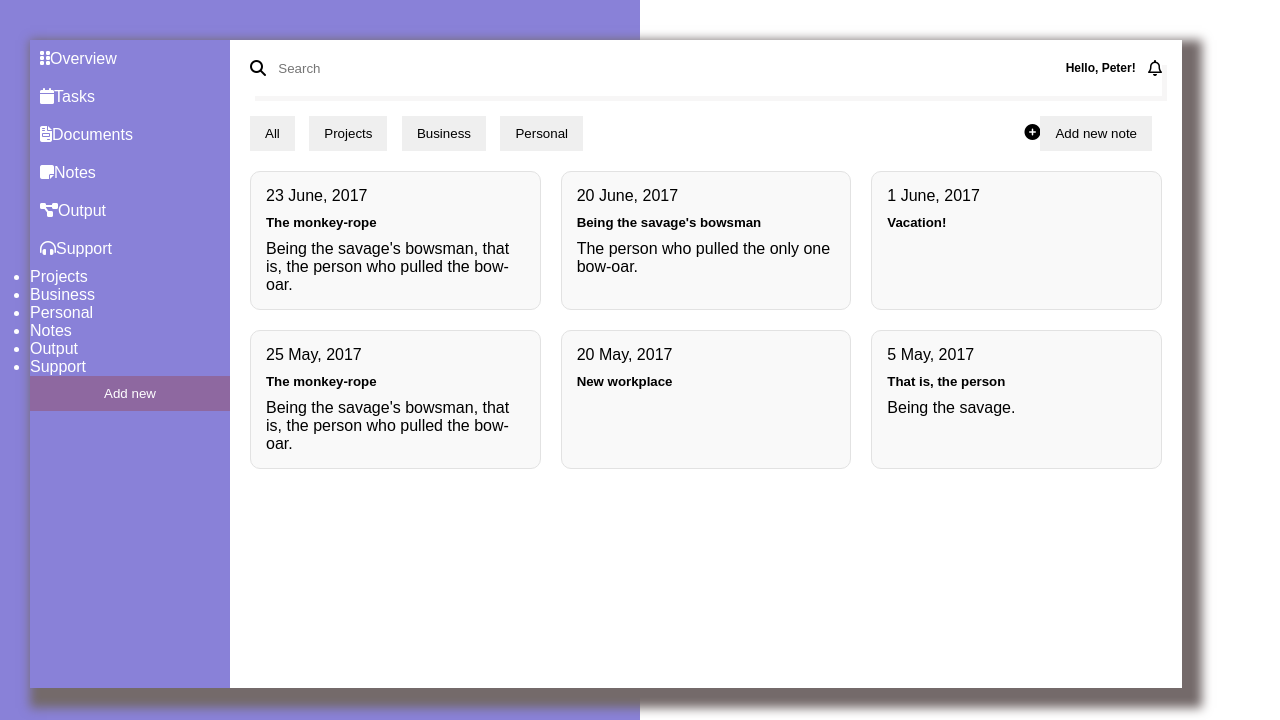
Repository: SatenikGabrielyan/HTML_CSS-_Assignment
Page: index.html
The author's editor kept a copy of each file at every save. The page is drawn from the files as they stood at one save, then again after the next save.
The browser window is 1280 px wide. The pictures show the whole page.
Some web libraries are served in a nearby version.

Above is the page before, as saved 2025-03-18 00:00:40.

### index.html
<!DOCTYPE html>
<html lang="en">
  <head>
    <meta charset="UTF-8" />
    <meta name="viewport" content="width=device-width, initial-scale=1.0" />
    <title>Notes App</title>
    <link rel="stylesheet" href="./style.css" />
    <script src="https://kit.fontawesome.com/858d305f19.js" crossorigin="anonymous"></script>
</head>
  <body>
      <div class="cont">
          <div class="purp"></div>
          <div class="whit"></div>
      </div>
    <div class="container">
      <aside class="sidebar">
        <!-- <header class="circle">
            <i class="fa-regular fa-circle"></i>
        </header> -->
        <nav>
            <ul class="first">
                <li><i class="fa-solid fa-grip-vertical"></i>Overview</li>
                <li> <i class="fa-solid fa-calendar"></i>Tasks</li>
                <li><i class="fa-solid fa-file-invoice"></i>Documents</li>
                <li><i class="fa-solid fa-note-sticky"></i>Notes</li>
                <li><i class="fa-solid fa-diagram-project"></i>Output</li>
                <li><i class="fa-solid fa-headphones-simple"></i>Support</li>
            </ul>
            <ul class="second">
                <li>Projects</li>
                <li>Business</li>
                <li>Personal</li>
                <li>Notes</li>
                <li>Output</li>
                <li>Support</li>
            </ul>
        </nav>
        <button class="add-new">Add new</button>
    </aside>

    <main class="main-content">
       <div class="header">
            <i class="fas fa-search"></i>  <input type="text" placeholder="Search">
            <h3>Hello, Peter!</h3> <i class="fa-regular fa-bell"></i>
    </div>
    <div class="proj">
        <div class="but">
        <div class="tabs">
            <button>All</button>
            <button>Projects</button>
            <button>Business</button>
            <button>Personal</button>
        </div>
        <div >
            <i class="fa-solid fa-circle-plus"></i><button class="add tabs">Add new note</button>
        </div>
    </div>
        <div class="notes-grid">
            <div class="note-card">
                <h4>23 June, 2017</h4>
                <h5>The monkey-rope</h5>
                <p>Being the savage's bowsman, that is, the person who pulled the bow-oar.</p>
            </div>
            <div class="note-card">
                <h4>20 June, 2017</h4>
                <h5>Being the savage's bowsman</h5>
                <p>The person who pulled the only one bow-oar.</p>
            </div>
            <div class="note-card">
                <h4>1 June, 2017</h4>
                <h5>Vacation!</h5>
            </div>
            <div class="note-card">
                <h4>25 May, 2017</h4>
                <h5>The monkey-rope</h5>
                <p>Being the savage's bowsman, that is, the person who pulled the bow-oar.</p>
            </div>
            <div class="note-card">
                <h4>20 May, 2017</h4>
                <h5>New workplace</h5>
            </div>
            <div class="note-card">
                <h4>5 May, 2017</h4>
                <h5>That is, the person</h5>
                <p>Being the savage.</p>
            </div>
        </div>
    </div>
    </main>

    </div>

  </body>
</html>

### style.css
/* CSS Variables for Colors */
:root {
    --bg-color: #fbfbfb;
    --primary-color: #8981d8;
    --secondary-color: #d0d0d0;
    --text-color: #858499;
    --highlight-color: #7f77cc;
    --hover-color: rgba(137, 129, 216, 0.5);
  }


  * {
    margin: 0;
    padding: 0;
    box-sizing: border-box;
  }

  body {
    font-family: Arial, sans-serif;
    /* background-color: var(--bg-color); */
    display: flex;
    height: 100vh;
  }
  .wrapper{
    position: relative;
  }

  .cont{
      display: flex;
      width: 100%;
      position: relative;
      z-index: -1;
      border-radius: 10px;
  }
.purp {
    width: 50%;
    background-color: var(--primary-color);
    flex-direction: row;
}
.whit {
    width: 50%;
    /* background-color: lightgray; */
    flex-direction: row;
}
  .container {
    display: flex;
    width: 90%;
    height: 90%;

    box-shadow: 10px 10px 10px 10px rgb(116, 106, 106);
    margin-left: 30px;
    margin-right: 30px;
    margin-top: 40px;
    margin-bottom: 80px;
    background: center;
    position: absolute;
    z-index: 2;
  }

   .sidebar {
    width: 200px;
    background-color: var(--primary-color);
    color: #fff;
    display: flex;
    flex-direction: column;
    /* padding: 20px; */
  }

  /* .main-content li {
    float: left;
  }

  .main-content li a {
    display: block;
    color: white;
    text-align: center;
    padding: 14px 16px;
    text-decoration: none;
  }

  .main-content li a:hover:not(.active) {
    background-color: #111;
  } */
  .first {
    list-style-type: none;
}
.first li {
    padding: 10px;
}
  .sidebar-header h2 {
    margin-bottom: 20px;
  }

  .sidebar-list {
    list-style: none;
  }

  .sidebar-list li {
    margin: 15px 0;
    display: flex;
    align-items: center;
    cursor: pointer;
  }

  .sidebar-list li i {
    margin-right: 10px;
  }

  .main-content {
    background-color: white;
    /* width: 200px; */
    flex-grow: 1;
    flex: 1;
    /* padding-top: 20px; */
     padding: 20px;
    /* overflow-y: auto;  */
  }

   /* header {
    display: flex;
    justify-content: space-between;
    align-items: center;
    margin-bottom: 20px;
  } */

  /*
  .header-left p {
    font-size: 1.2em;
    color: var(--text-color);
  }

  .header-right {
    display: flex;
    align-items: center;
  }

  .header-right i {
    margin-right: 20px;
    cursor: pointer;
  }

  .add-note-btn {
    background-color: var(--primary-color);
    color: #fff;
    border: none;
    padding: 10px 20px;
    cursor: pointer;
    display: flex;
    align-items: center;
  }

  .add-note-btn i {
    margin-right: 10px;
  }


  .notes-grid {
    display: grid;
    grid-template-columns: repeat(auto-fill, minmax(300px, 1fr));
    gap: 20px;
  }

  .note-item {
    background-color: #fff;
    border-radius: 8px;
    box-shadow: 0 2px 4px rgba(0, 0, 0, 0.1);
    overflow: hidden;
    display: flex;
    flex-direction: column;
    padding: 20px;
  }

  .note-item img {
    width: 100%;
    height: auto;
    border-radius: 8px;
    margin-bottom: 15px;
  }

  .note-item p {
    color: var(--text-color);
    font-size: 1em;
    line-height: 1.5;
  }


  .sidebar-list li:hover {
    background-color: var(--highlight-color);
    transition: background-color 0.3s ease;
  }


  @media (max-width: 768px) {
    .container {
      flex-direction: column;
    }

    .sidebar {
      width: 100%;
      flex-direction: row;
      justify-content: space-around;
      padding: 10px;
    }

    .sidebar-list {
      display: flex;
      flex-direction: row;
      gap: 15px;
    }

    .sidebar-list li {
      margin: 0;
    }

    .main-content {
      padding: 10px;
    }

    header {
      flex-direction: column;
      align-items: flex-start;
    }

    .header-right {
      margin-top: 10px;
    }

    .notes-grid {
      grid-template-columns: 1fr;
    }

    .note-item {
      padding: 10px;
    }

    .note-item img {
      margin-bottom: 10px;
    }
  } */
  /* .sidebar {
    background-color: #5e4b9a;
    color: white;
    width: 300px;
    padding: 20px;
} */

/* .sidebar header {
    font-size: 24px;
}

.sidebar nav ul {
    list-style: none;
    padding: 0;
}

.sidebar nav ul li {
    margin: 15px 0;
} */

.add-new {
    background-color: #8e68a0;
    color: white;
    border: none;
    padding: 10px;
    cursor: pointer;
}

.header {
    display: flex;
    width: 100%;
    justify-content: space-between;
    align-items: center;
    background-color: white;
    box-shadow: 5px  5px rgb(247, 246, 246);
    padding-bottom: 20px;
}

.header input {
    border: none;
    margin: 0;
    width: 85%;
}

.header h3 {
    margin: 0;
    font-size: 12px;
}

.tabs {
    margin: 20px 0;
}

.tabs button {
    margin-right: 10px;
    padding: 10px 15px;
    border: none;
    /* background-color: #e2e2e2; */
    cursor: pointer;
}
.tabs :hover {
    background-color: var(--highlight-color);
    transition: background-color 0.3s ease;
  }

.notes-grid {
    display: grid;
    grid-template-columns: repeat(auto-fill, minmax(240px, 1fr));
    gap: 20px;
}
.but{
    display: flex;
    flex-direction: row;
    justify-content: space-between;
}
.add {
    margin-right: 10px;
    padding: 10px 15px;
    border: none;
    cursor: pointer;
}

.note-card {
    border: 1px solid #e2e2e2;
    border-radius: 10px;
    padding: 15px;
    background-color: #f9f9f9;
}

.note-card h4 {
    margin: 0;
    font-weight: normal;
}

.note-card h5 {
    margin: 10px 0;
}

After the next save:
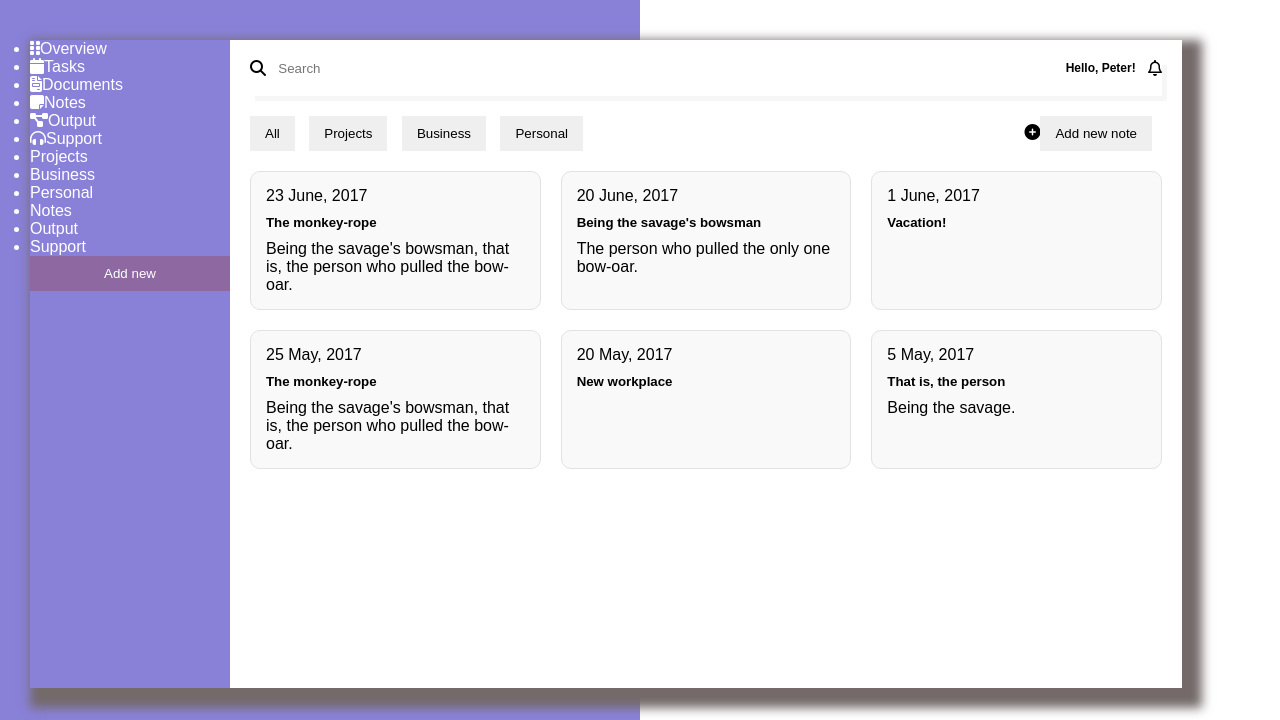
Saved 51 s later.
--- a/style.css
+++ b/style.css
@@ -81,12 +81,12 @@
   .main-content li a:hover:not(.active) {
     background-color: #111;
   } */
-  .first {
+  /* .first {
     list-style-type: none;
 }
 .first li {
     padding: 10px;
-}
+} */
   .sidebar-header h2 {
     margin-bottom: 20px;
   }

After the save that followed:
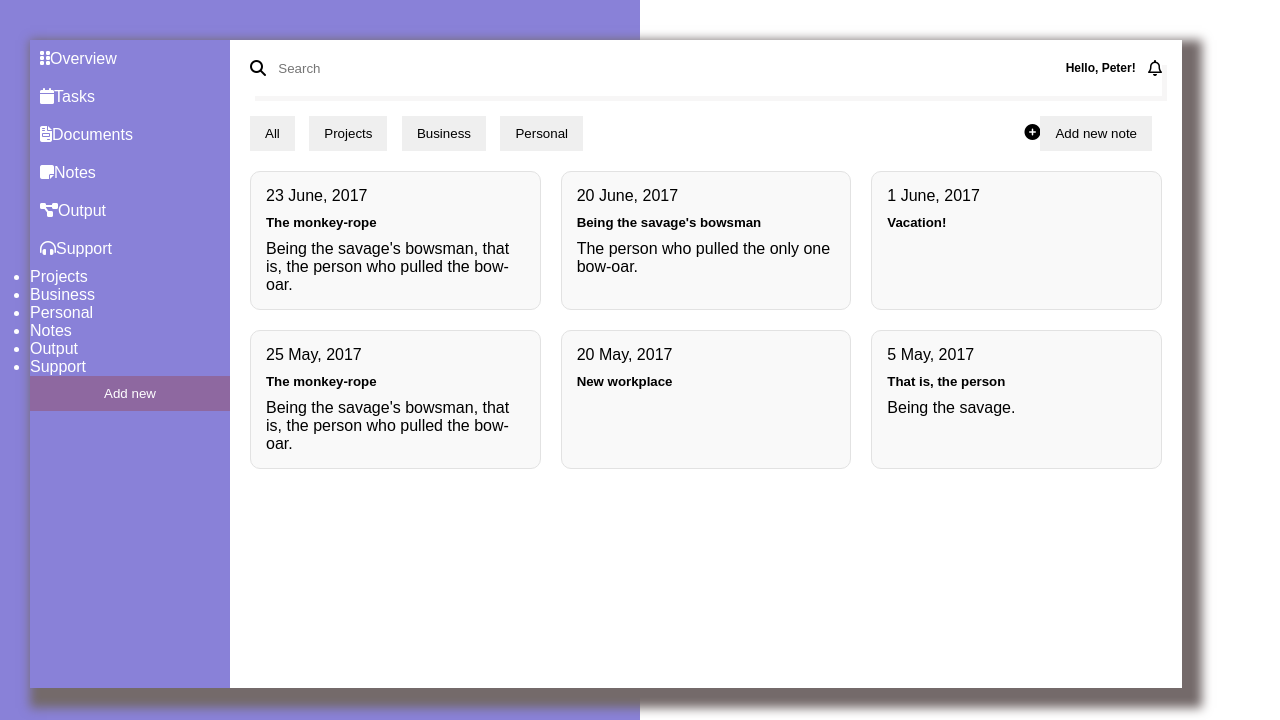
Saved 53 s later.
--- a/style.css
+++ b/style.css
@@ -81,7 +81,7 @@
   .main-content li a:hover:not(.active) {
     background-color: #111;
   } */
-  /* .first {
+  .first {
     list-style-type: none;
 }
 .first li {
